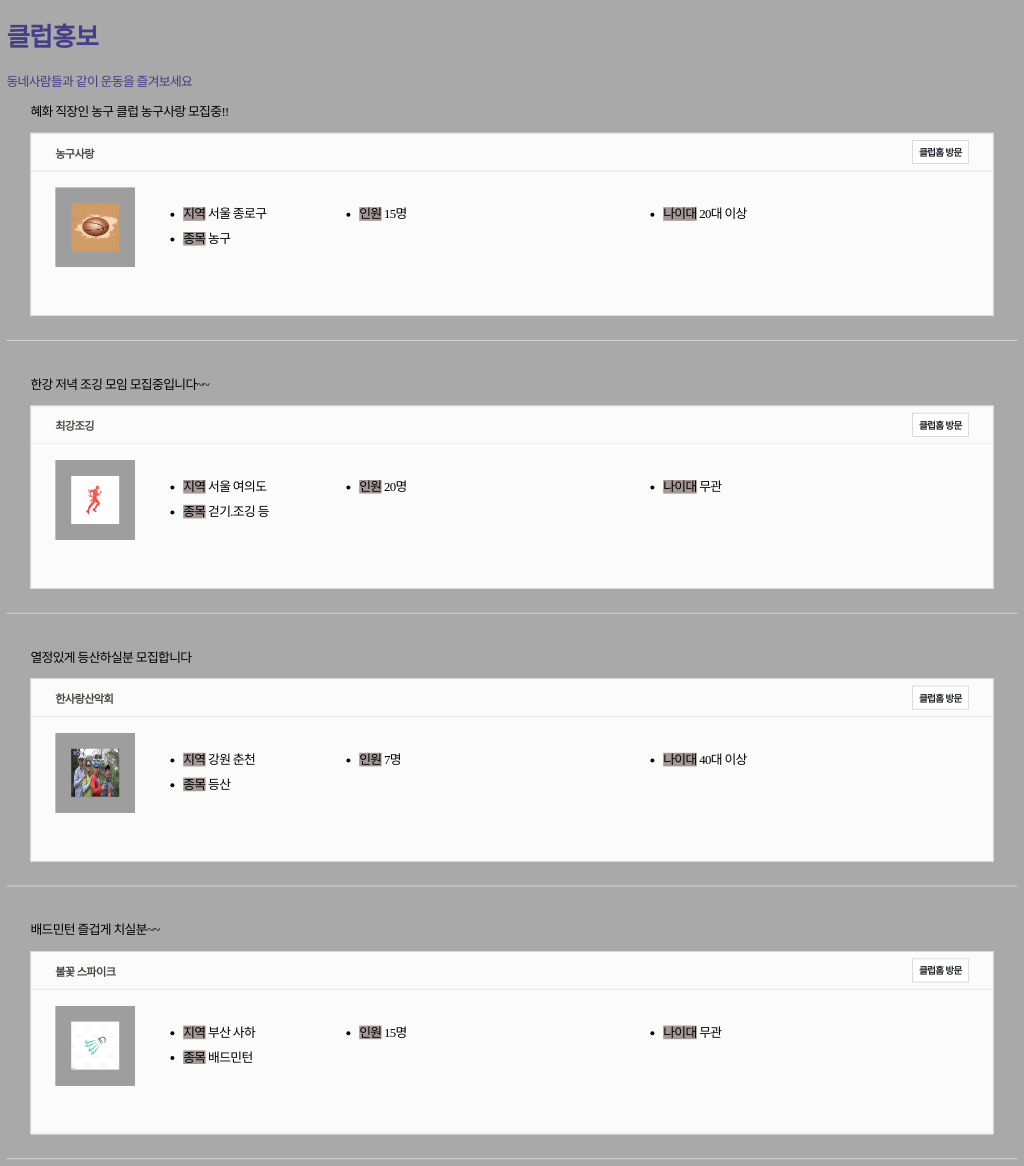
Repository: jaemin333/study
Page: club.html
The author's editor kept a copy of each file at every save. The page is drawn from the files as they stood at one save, then again after the next save.
The browser window is 1280 px wide. The pictures show the whole page, at 80% of full size.
Pictures or frames that could not be fetched are drawn as grey boxes.

Above is the page before, as saved 2021-07-02 22:02:46.

After the next save:
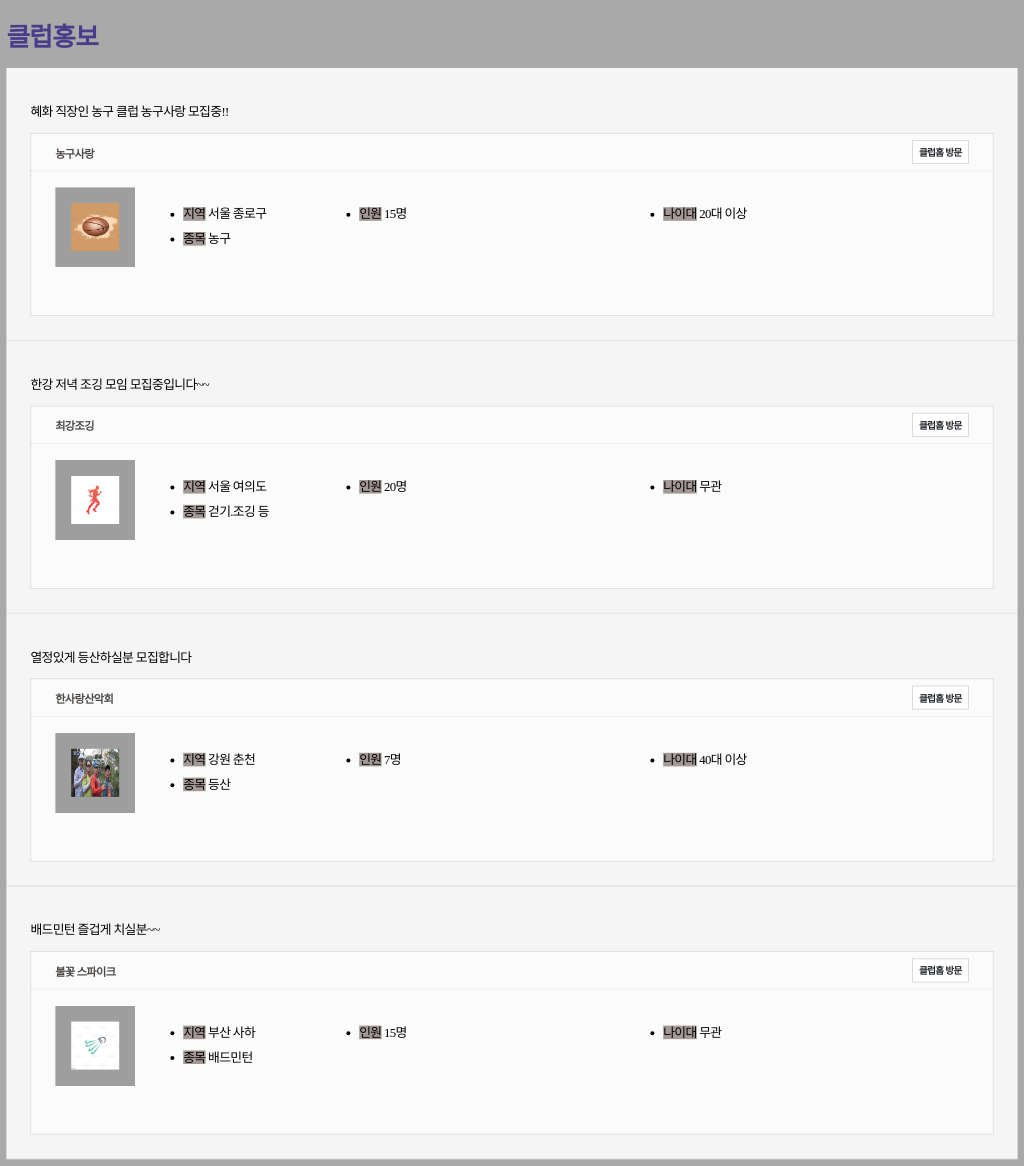
Saved 7 s later.
--- a/style.css
+++ b/style.css
@@ -125,3 +125,7 @@ p {
     font-size: 16px;
     color: darkslateblue;
 }
+
+.cbBg {
+    background-color: #f5f5f5;
+}
